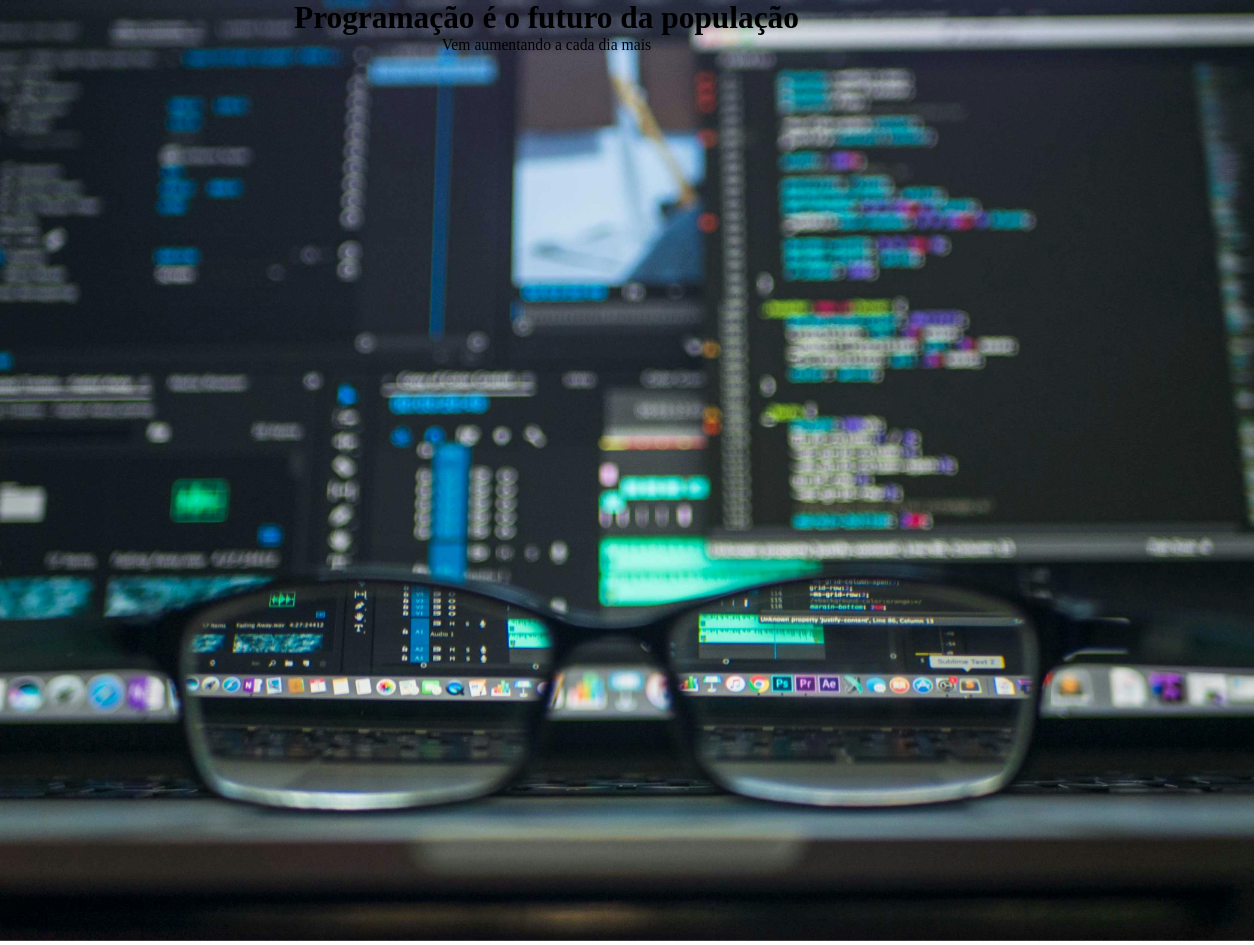
Repository: Caiquedev123/Sites
Page: index.html
These files come from the project's save history. The page is drawn as it stood at one moment and after a run of saves; the edit follows.
The browser window is 1280 px wide. The pictures show the whole page, at 98% of full size.

Above is the page before, as saved 2024-07-22 14:19:47.

### index.html
<!DOCTYPE html>
<html lang="en">
<head>
    <meta charset="UTF-8">
    <meta name="viewport" content="width=device-width, initial-scale=1.0">
    <title>Projeto</title>
    <link rel="stylesheet" href="style.css">
    <link rel="stylesheet" href="./reset.css">
</head>
<body>
    <div class="container">
        <h1>Programação é o futuro da população</h1>
        <p>Vem aumentando a cada dia mais</p>
    </div>
    <section class="imagens">
        <img src="./imagem/Progrmação.jpg" alt="programação">
    </section>
</body>
</html>

### style.css
body{background-color: rgb(255, 255, 255);}

.container{
    position: absolute;
    z-index: 1;
    left: 300px;
    text-align: center;
}

img{
    width: 100%;
    object-fit: cover;
    position: relative;
}

Loaded but not shown: reset.css (common file)

After the next 5 saves:
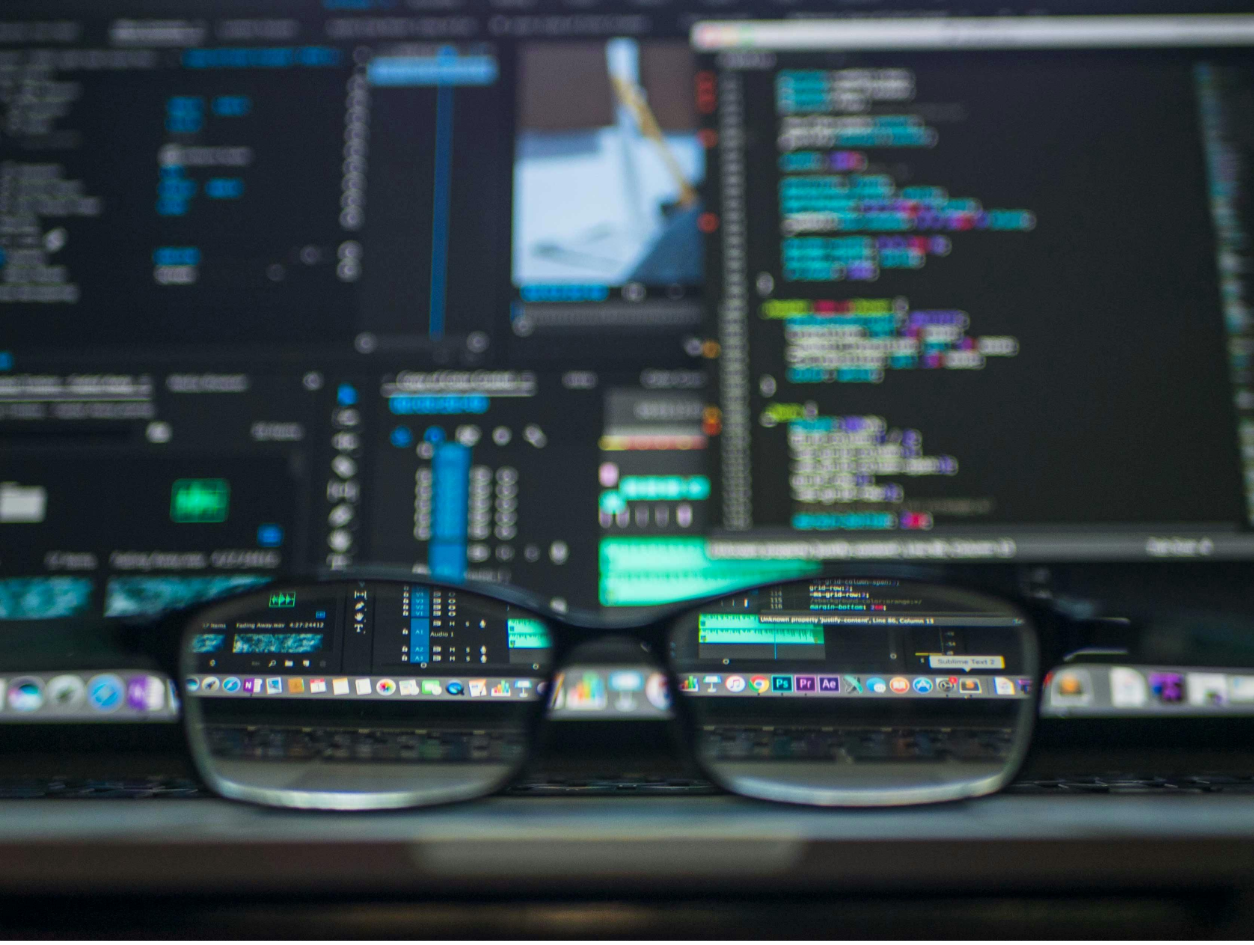
The 5 saves are shown as one change because they came seconds apart.
The last was saved 21 s later.
--- a/style.css
+++ b/style.css
@@ -3,7 +3,7 @@
 .container{
     position: absolute;
     z-index: 1;
-    left: 300px;
+    left: -50%;
     text-align: center;
 }
 
